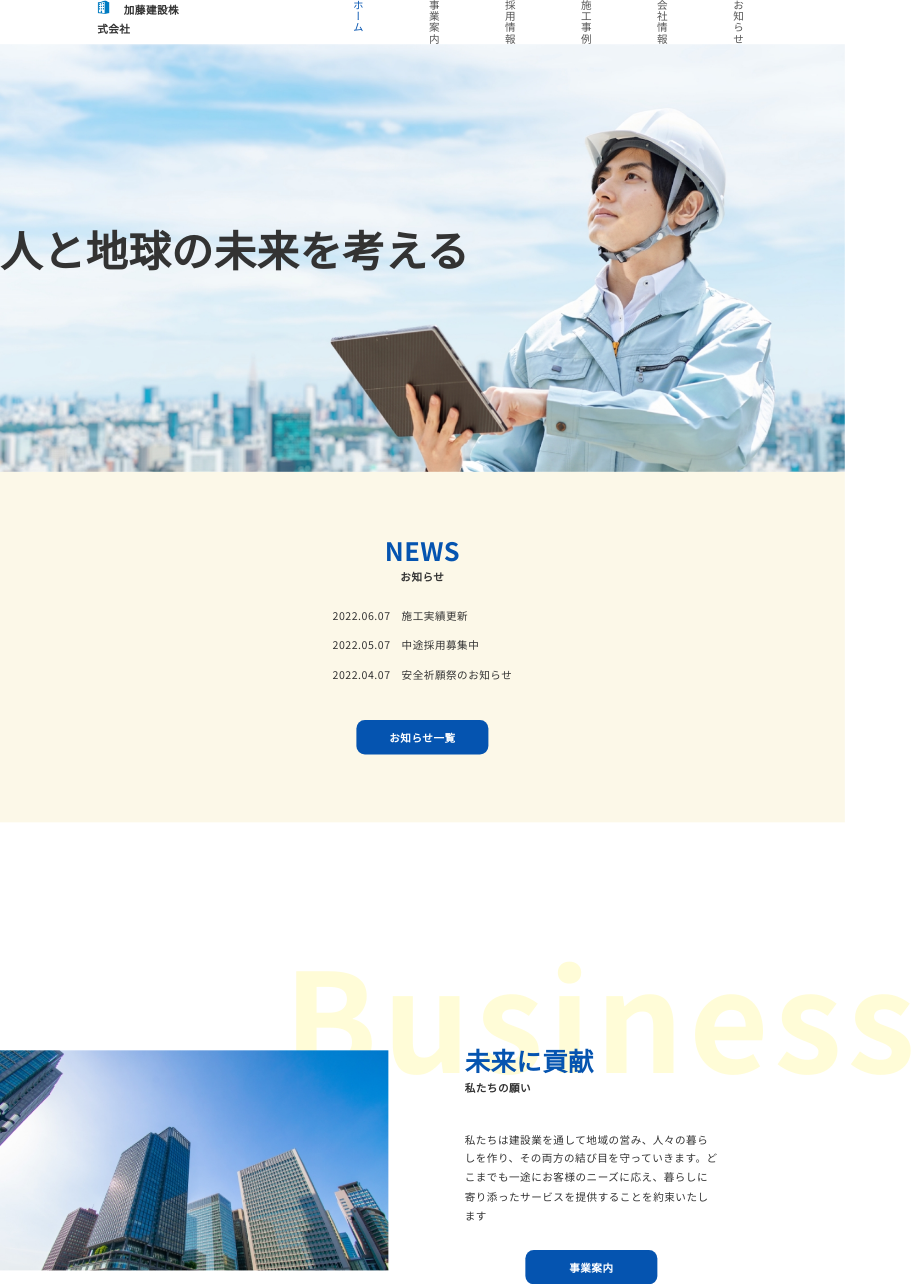
Repository: nozomi-23/hp1_test
Page: index.html
An editor plug-in stored every save of this project. The page is shown before and after the next save, followed by the edit.
The browser window is 1280 px wide. The page is 1395 px wide, so the pictures cover 1395 px, including what lies to the right of the window. The pictures show the whole page, at 66% of full size.

Above is the page before, as saved 2022-06-12 15:05:08.

### index.html
<!DOCTYPE html>
<html lang="ja">
<head>
<meta charset="UTF-8">
<title>加藤建設 株式会社</title>
<meta name="description" content="人と地球の未来を考える 加藤建設 株式会社">
<meta name="keywords" content="建築,土木,インフラ">
<meta name="viewport" content="width=device-width, initial-scale=1.0">
<meta property="og:title" content="建築依頼なら「加藤建設 株式会社」">
<meta property="og:type" content="article">
<meta property="og:url" content="https://withcode-plus.tech">
<meta property="og:image" content="img/logo.png">
<meta property="og:description" content="確かな技術力が自慢、インフラから地域貢献まで加藤建設にお任せ下さい">
<meta property="og:site_name" content="加藤建設 株式会社">
<link rel="icon" href="img/favicon.ico">
<link rel="apple-touch-icon" sizes="180x180" href="img/logo.png">
<link rel="preconnect" href="https://fonts.googleapis.com">
<link rel="preconnect" href="https://fonts.gstatic.com" crossorigin>
<link href="https://fonts.googleapis.com/css2?family=Noto+Sans+JP:wght@400;500;700&family=Noto+Serif+JP&display=swap"
  rel="stylesheet">
<link rel="stylesheet" type="text/css" href="css/reset.css">
<link rel="stylesheet" type="text/css" href="css/common1.css">
<link rel="stylesheet" type="text/css" href="css/index.css">
</head>
<body>
  <!-- =========header -->
  <header>
    <div class="header_wrapper">
      <div class="header_inner">
        <h1 class="header_left">加藤建設株式会社</h1>
        <nav class="header_right" >
          <ul class="header_list">
            <li><a href="#" class="color">ホーム</a></li>
            <li><a href="html/business.html">事業案内</a></li>
            <li><a href="html/recruit.html">採用情報</a></li>
            <li><a href="html/work.html">施工事例</a></li>
            <li><a href="html/company.html">会社情報</a></li>
            <li><a href="html/news.html">お知らせ</a></li>
          </ul>
        </nav>
      </div>
    </div>
  </header>
  <!-- =========main_view -->
  <main>
    <section class="main_wrapper">
      <div class="main_txt">
        <h3>人と地球の未来を考える</h3>
      </div>
    </section>
    <!-- =========news -->
    <section class="news section section_color">
      <div class="news_wrapper">
        <h2 class="title">NEWS<br>
          <small>お知らせ</small></h2>
        <ul class="news_list">
          <li>2022.06.07&emsp;施工実績更新</li>
          <li>2022.05.07&emsp;中途採用募集中</li>
          <li>2022.04.07&emsp;安全祈願祭のお知らせ</li>
        </ul>
        <div class="btn">
          <a href="html/news.html">お知らせ一覧</a>
        </div>
      </div>
    </section>
    <!-- =========business -->
    <section class="business section">
      <div class="business_wrapper">
        <div class="business_all">
          <div class="business_bg_wrapper">
            <div class="business_bg">
              <div class="business_bg_item">
                <p>Business</p>
              </div>
            </div>
          </div>
          <div class="business_block_wrapper">
            <div class="business_block_1">
              <img src="img/bussines_top.png" alt="事業案内画像">
            </div>
            <div class="business_block_2">
              <h2 class="title">未来に貢献<br>
                <small>私たちの願い</small>
              </h2>
              <p>私たちは建設業を通して地域の営み、人々の暮らしを作り、その両方の結び目を守っていきます。どこまでも一途にお客様のニーズに応え、暮らしに寄り添ったサービスを提供することを約束いたします</p>
              <div class="btn">
                <a href="html/business.html">事業案内</a>
              </div>
            </div>
          </div>
        </div>

      </div>
    </section>
  </main>
</body>
</html>

### css/reset.css
@charset "UTF-8";

html,
body,
div,
span,
object,
iframe,
h1,
h2,
h3,
h4,
h5,
h6,
p,
blockquote,
pre,
abbr,
address,
cite,
code,
del,
dfn,
em,
img,
ins,
kbd,
q,
samp,
small,
strong,
sub,
sup,
var,
b,
i,
dl,
dt,
dd,
ol,
ul,
li,
fieldset,
form,
label,
legend,
table,
caption,
tbody,
tfoot,
thead,
tr,
th,
td,
article,
aside,
canvas,
details,
figcaption,
figure,
footer,
header,
hgroup,
menu,
nav,
section,
summary,
time,
mark,
audio,
video {
  margin: 0;
  padding: 0;
  border: 0;
  outline: 0;
  font-size: 100%;
  vertical-align: baseline;
  background: transparent;
}

body {
  line-height: 1;
}

article,
aside,
details,
figcaption,
figure,
footer,
header,
hgroup,
menu,
nav,
section {
  display: block;
}

nav ul {
  list-style: none;
}

blockquote,
q {
  quotes: none;
}

blockquote:before,
blockquote:after,
q:before,
q:after {
  content: '';
  content: none;
}

a {
  margin: 0;
  padding: 0;
  font-size: 100%;
  vertical-align: baseline;
  background: transparent;
}

/* change colours to suit your needs */
ins {
  background-color: #ff9;
  color: #000;
  text-decoration: none;
}

/* change colours to suit your needs */
mark {
  background-color: #ff9;
  color: #000;
  font-style: italic;
  font-weight: bold;
}

del {
  text-decoration: line-through;
}

abbr[title],
dfn[title] {
  border-bottom: 1px dotted;
  cursor: help;
}

table {
  border-collapse: collapse;
  border-spacing: 0;
}

/* change border colour to suit your needs */
hr {
  display: block;
  height: 1px;
  border: 0;
  border-top: 1px solid #cccccc;
  margin: 1em 0;
  padding: 0;
}

input,
select {
  vertical-align: middle;
}

### css/common1.css
@charset "UTF-8";

body {
  color: #333;
  letter-spacing: 0.05em;
  line-height: 1.8;
  font-family: 'Noto Sans JP', sans-serif ,'Noto Serif JP', serif;
  word-break: break-all;
}
li {
  list-style: none;
}

a {
  text-decoration: none;
}
.section {
  padding: 8% 0;
  position: relative;
}


/* タイトル */
.title {
  color: #0554B0;
  font-weight: bold;
  font-size: 2.4rem;
  line-height: 0.8;
}
.title small {
  font-size: 1rem;
  color: #333;
}
/* ボタン */
.btn {
  background-color: #0554B0;
  width: 200px;
  margin: 0 auto;
  line-height: 2;
  border-radius: 0.8rem;
}
.btn a {
  display: block;
  color: #fff;
  font-weight: bold;
  padding: 5%;
  text-align: center;
}
.btn:hover {
  opacity: 0.5;
}

### css/index.css
@charset "UTF-8";

/* =================
header
===================*/
.header_wrapper {
  display: flex;
  justify-content: center;
}
.header_inner {
  width: 77%;
  display: flex;
  justify-content: space-between;

}
.header_list {
  display: table;
}
.header_list li {
  display: table-cell;
  writing-mode: vertical-rl;
}
.header_list li a {
  color: #555;
}
.header_list li a:hover {
  opacity: 0.5;
}
.header_list li a.color {
  color: #0554B0;
}

.header_left::before {
  content: "";
  background: url(../img/name_icon.png) no-repeat ;
  background-size: contain;
  width: 30%;
  height: 30%;
  z-index: 1;
  display: inline-block;
}

/* =================
main_view
===================*/
.main_wrapper {
  background: url(../img/top_img.png)no-repeat center;
  background-size: cover;
  width: 100%;
  height: 90vh;
}
.main_txt {
  font-size: 4rem;
  font-weight: normal;
  font-family: 'Noto Serif JP';
  position: relative;
  top: 40%;
}
/* =================
news
===================*/
.section_color {
  background-color: #FCF8E8;
}
.news {
  text-align: center;
  display: block;
}

.news_list {
  padding: 3%;
  text-align: left;
  display: inline-block;

}
.news_list li {
  margin-bottom: 1rem;
}
/* =================
business
===================*/
.business_all {
  position: relative;
}
.business_block_wrapper {
  width: 100%;
  height: auto;
  display: flex;
  justify-content: space-between;
  position: absolute;
  top: 65%;
}


.business_block_1 {
  width: 46%;
}
.business_block_1 img{
  width: 100%;
  height: auto;
}
.business_block_2 {
  width: 30%;
  margin-right: 15%;;
}
.business_block_2 h2 .btn {
  text-align: right;
}
.business_block_2 p {
  padding: 15% 0 10% 0;
}
.business_bg {
  width: 80%;
}
.business_bg_wrapper {
  width: 83%;
  margin-left: auto;
}
.business_bg_item {
  width: 100%;
  /* background-color: aqua; */
}
.business_bg {
  margin-left: auto;
}
.business_bg_item p {
  color: rgba(255, 245, 109, 0.27);
  font-size: 13rem;
  font-weight: 700;
  white-space: nowrap;
  letter-spacing: 0.5rem;
  }

After the next save:
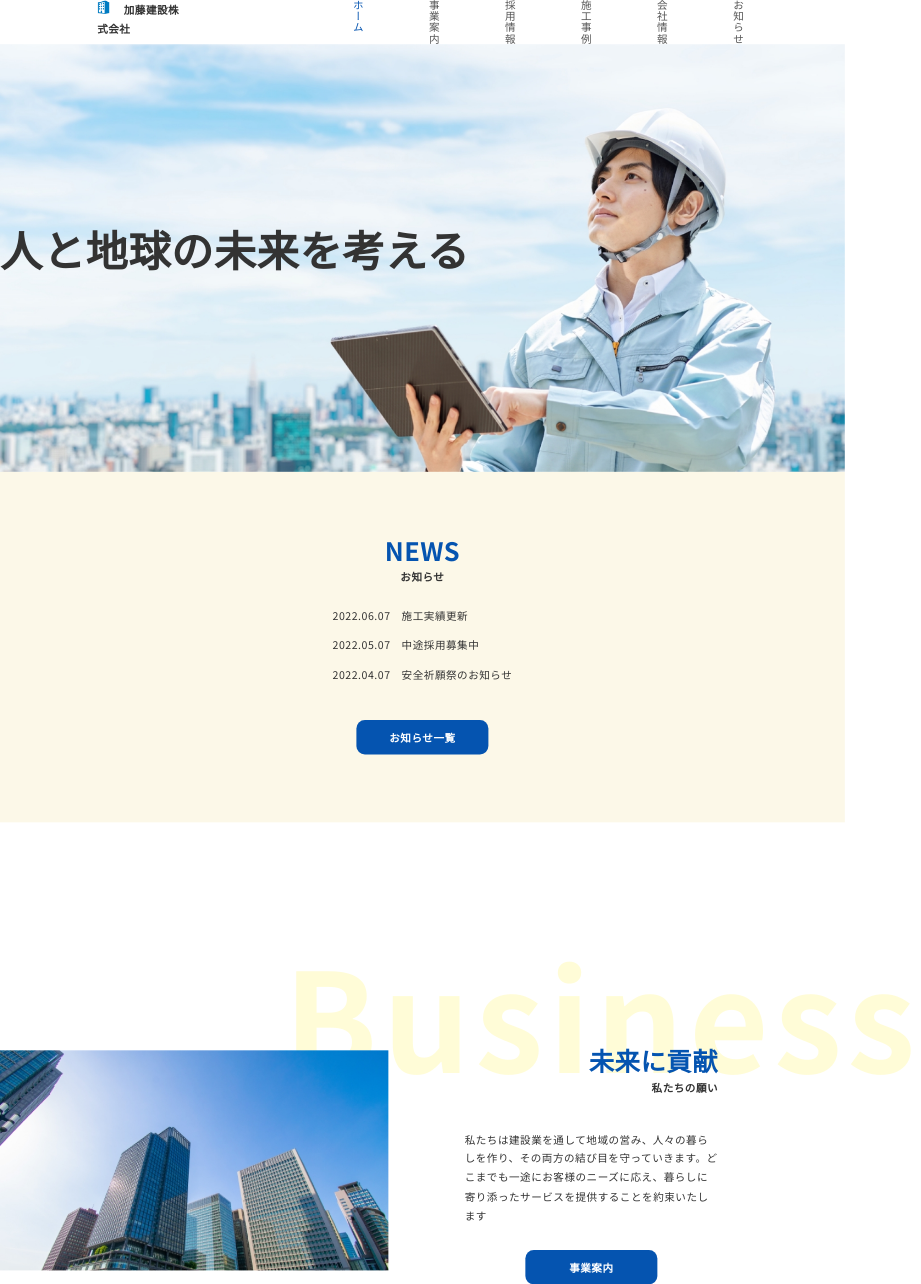
Saved 9 s later.
--- a/css/index.css
+++ b/css/index.css
@@ -103,7 +103,7 @@ business
   width: 30%;
   margin-right: 15%;;
 }
-.business_block_2 h2 .btn {
+.business_block_2 h2 {
   text-align: right;
 }
 .business_block_2 p {

After the 6 saves that followed:
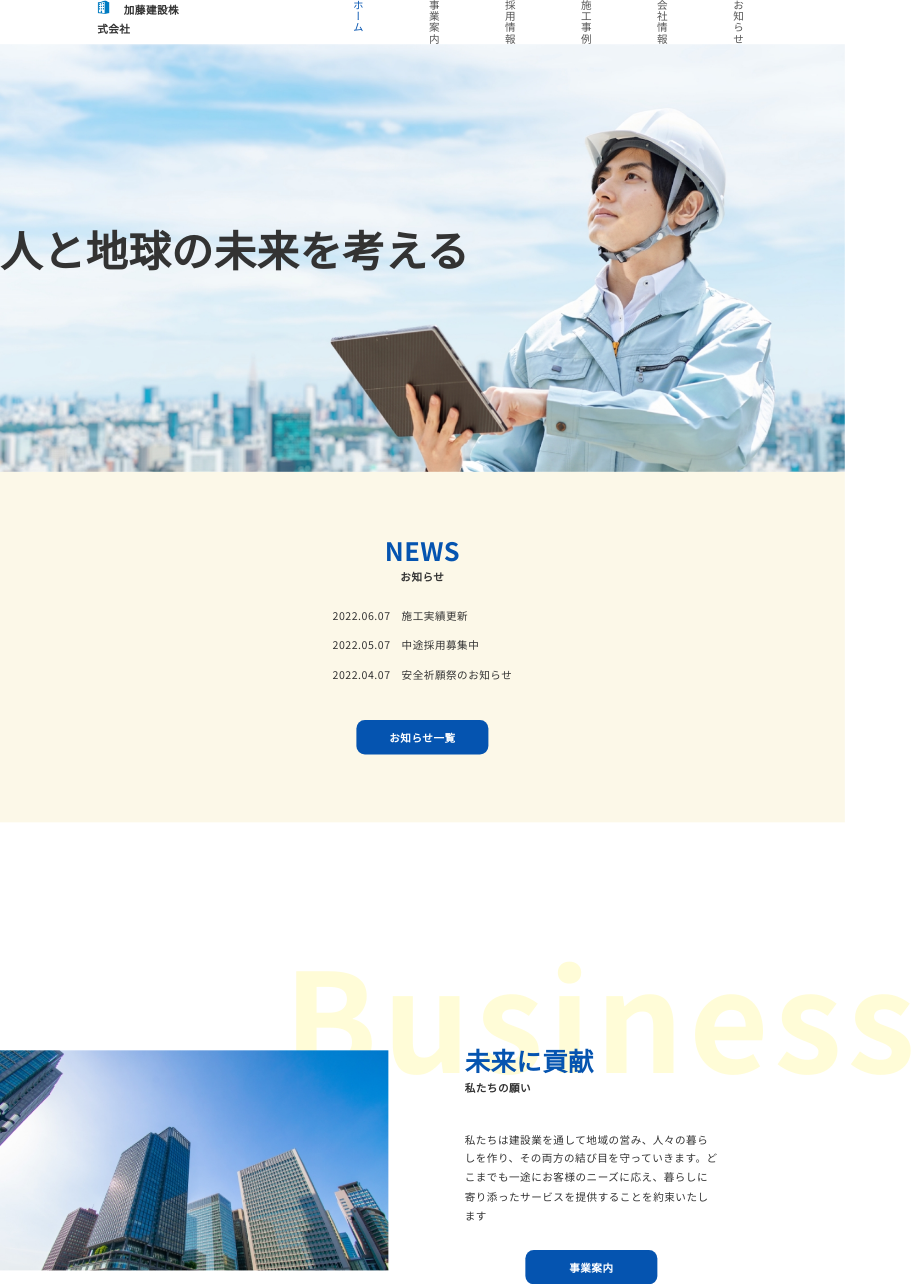
The 6 saves are shown as one change because 2 left the picture as it was and some came seconds apart.
The last was saved 37 s later.
--- a/css/index.css
+++ b/css/index.css
@@ -103,9 +103,7 @@ business
   width: 30%;
   margin-right: 15%;;
 }
-.business_block_2 h2 {
-  text-align: right;
-}
+
 .business_block_2 p {
   padding: 15% 0 10% 0;
 }
